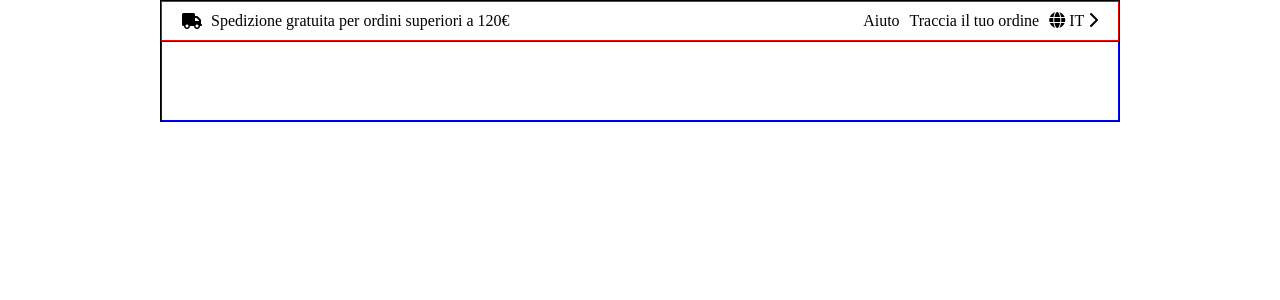
Repository: jacoporm1989/studioFlexbox
Page: FLEXBOX/Header+Navbar1/index.html
The author's editor kept a copy of each file at every save. The page is drawn from the files as they stood at one save, then again after the next save.
The browser window is 1280 px wide. The pictures show the whole page.

Above is the page before, as saved 2026-06-08 13:23:10.

### FLEXBOX/Header+Navbar1/index.html
<!DOCTYPE html>
<html lang="en">

<head>
    <meta charset="UTF-8">
    <meta name="viewport" content="width=device-width, initial-scale=1.0">

    <link rel="stylesheet" href="https://cdnjs.cloudflare.com/ajax/libs/font-awesome/6.5.2/css/all.min.css">
    <link rel="stylesheet" href="index.css">
    <title>Primo header</title>
</head>

<body>


    <div class="container">


        <header>

            <div class="up">

                <div class="spedizione">

                    <i class="fa-solid fa-truck"></i>
                    <p>Spedizione gratuita per ordini superiori a 120€</p>

                </div>

                <div class="right-bar">
                    <ul>
                        <li><a href="#">Aiuto</a></li>
                        <li><a href="#">Traccia il tuo ordine</a></li>
                        <li>
                            <i class="fa-solid fa-globe"></i>
                            <a href="#">IT
                                <i class="fa-solid fa-chevron-right arrow-right"></i></a>
                                <ul class="lingue">

                                </ul>
                        </li>
                    </ul>


                </div>

            </div>


            <nav>



            </nav>
        </header>



    </div>
</body>

</html>

### FLEXBOX/Header+Navbar1/index.css
* {
    box-sizing: border-box;
    margin: 0;
}

a {
    all:unset;
    cursor: pointer;
}

a:hover {
    background-color:black;
    color: white;
}


.container {

    border: 1px solid black;
    width: 75%;
    margin: auto;

}



.up {
    width: 100%;
    border: 1px solid red;
    height: 40px;
    display:flex;
    flex-direction:row;
    justify-content:space-between;
}


.spedizione{
    display:flex;
    flex-direction:row;
    justify-content:center;
    align-items: center;
    gap:9px;
    margin-left:20px;
}

.right-bar{
    display:flex;
    flex-direction:row;
    justify-content:center;
    align-items: center;
    margin-right:20px;
}



.right-bar ul{
    display:flex;
    flex-direction:row;
        list-style: none;
    padding-left: 0;
    margin-left: 0;
    gap:10px;
}

nav {
    width: 100%;
    border: 1px solid blue;
    height: 80px;
    display:flex;
}

After the next save:
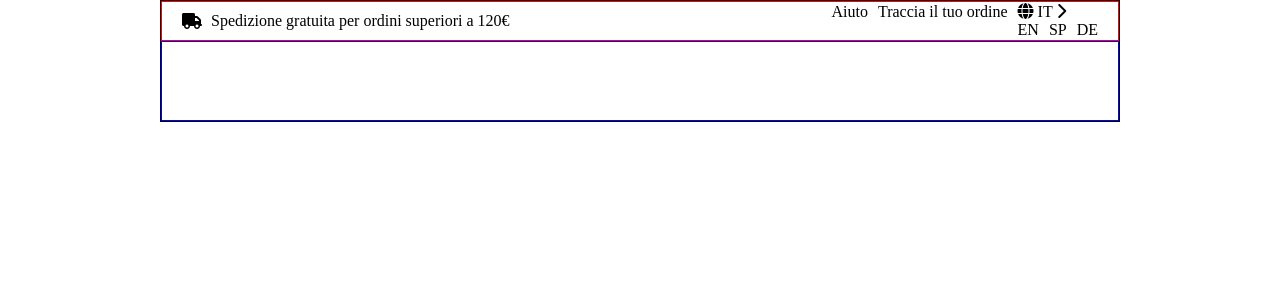
Saved 14 s later.
--- a/FLEXBOX/Header+Navbar1/index.html
+++ b/FLEXBOX/Header+Navbar1/index.html
@@ -36,7 +36,9 @@
                             <a href="#">IT
                                 <i class="fa-solid fa-chevron-right arrow-right"></i></a>
                                 <ul class="lingue">
-
+                                    <li>EN</li>
+                                    <li>SP</li>
+                                    <li>DE</li>
                                 </ul>
                         </li>
                     </ul>

After the 2 saves that followed:
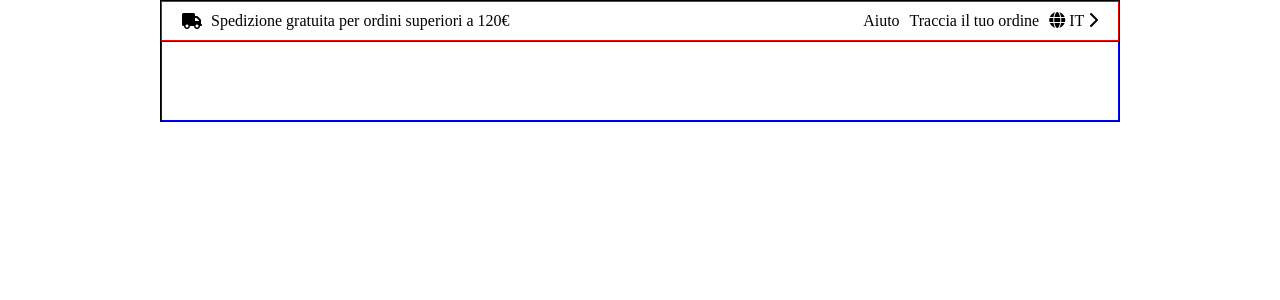
The 2 saves are shown as one change because 1 left the picture as it was.
The last was saved 82 s later.
--- a/FLEXBOX/Header+Navbar1/index.css
+++ b/FLEXBOX/Header+Navbar1/index.css
@@ -51,6 +51,9 @@ a:hover {
     margin-right:20px;
 }
 
+.lingue li{
+    display:none;
+}
 
 
 .right-bar ul{
